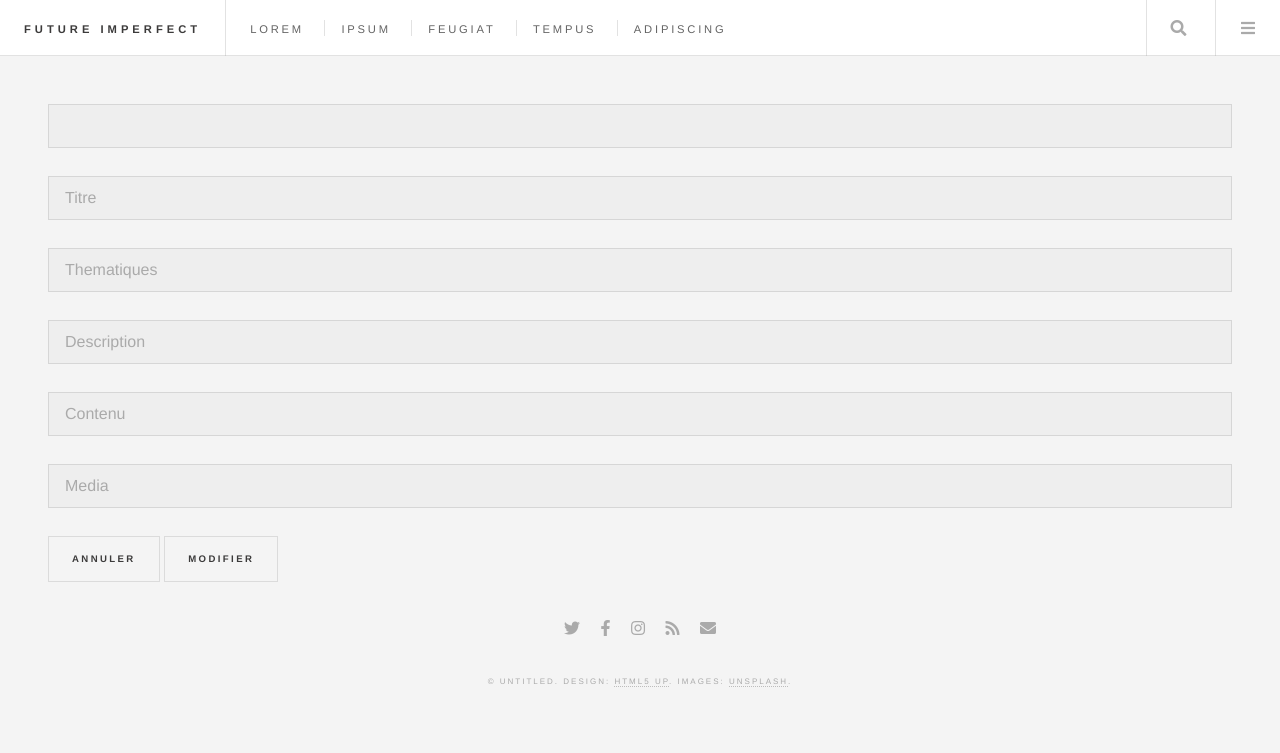
Repository: b0b1n/front-mini-wiki
Page: http://localhost/Mini-Wiki/view/ModifierPage.jsp
The author's editor kept a copy of each file at every save. The page is drawn from the files as they stood at one save, then again after the next save.
The browser window is 1280 px wide. The pictures show the whole page.
Some web fonts or font styles are not loaded; a fallback is used. The page is served by Tomcat 10.

Above is the page before, as saved 2022-05-05 23:00:45.

After the next save:
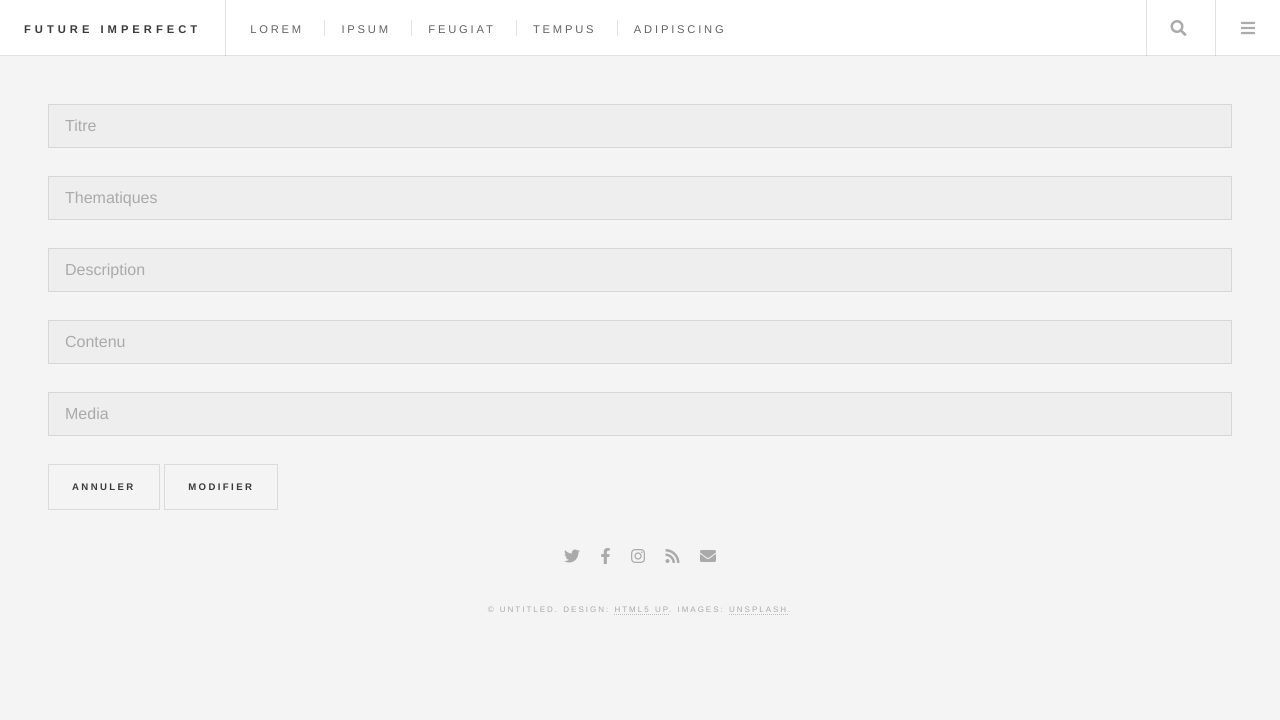
Saved 25 min 50 s later.
--- a/Mini-Wiki/src/main/webapp/view/ModifierPage.jsp
+++ b/Mini-Wiki/src/main/webapp/view/ModifierPage.jsp
@@ -101,7 +101,7 @@
 
 							<form  action="edit" method="post" >
 
-							<input type=text name=id  /></br>
+
 							<input type=text name=Titre placeholder="Titre"/><br>
 							<input type=text name=Thematique placeholder="Thematiques" /><br>
 							<input type=text name=Description placeholder="Description"  /><br>
